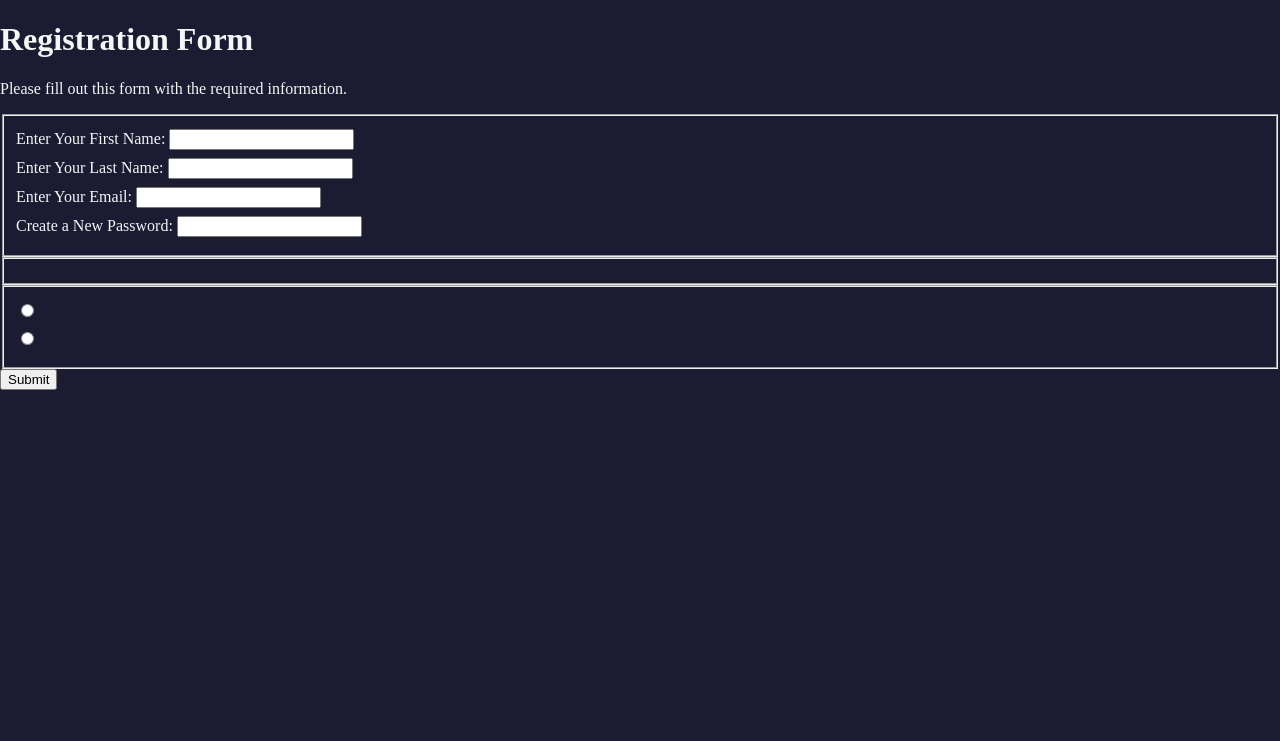
Repository: Lungdjos/registration_form
Page: index.html
These files come from the project's save history. The page is drawn as it stood at one moment and after the next save; the edit follows.
The browser window is 1280 px wide. The pictures show the whole page.

Above is the page before, as saved 2023-09-28 15:09:52.

After the next save:
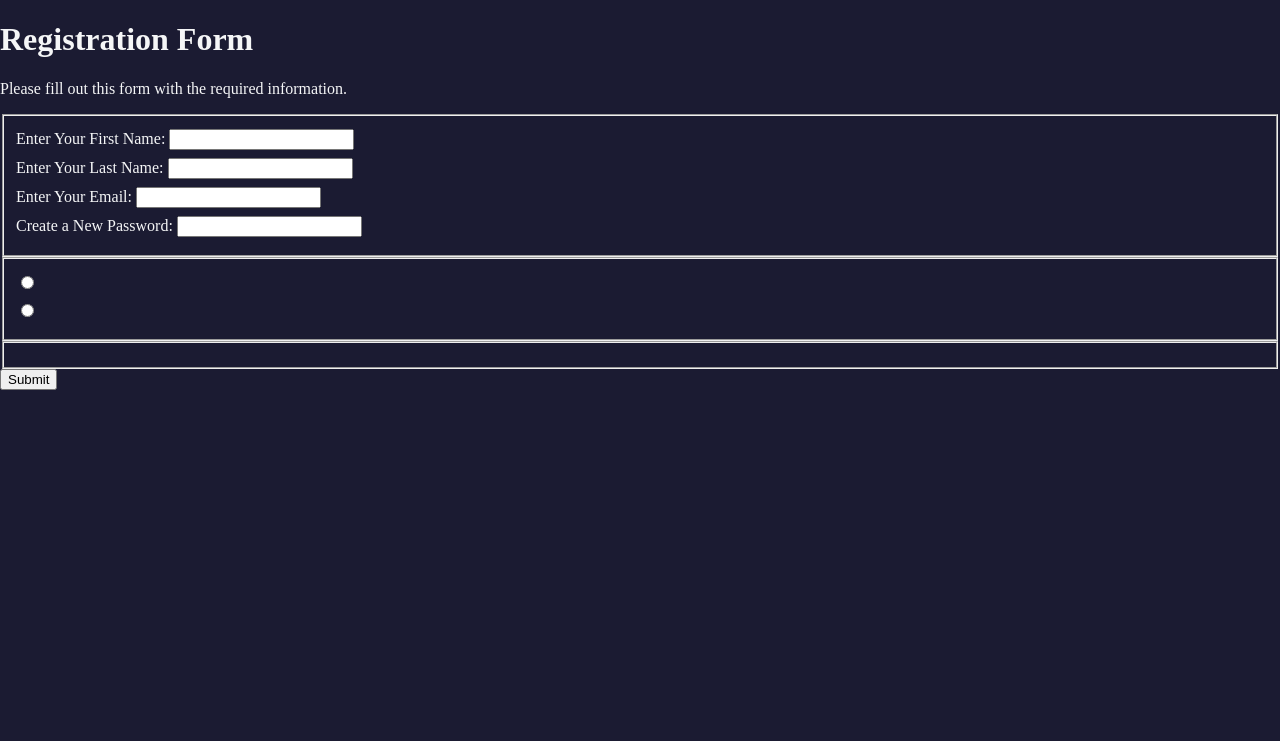
Saved 30 s later.
--- a/index.html
+++ b/index.html
@@ -18,14 +18,14 @@
             <label for="email">Enter Your Email: <input type="email" id="email" required> </label>
             <label for="new-password">Create a New Password: <input type="password" id="new-password" pattern="[A-Za-z0-9]{8,}" minlength="8" required> </label>
         </fieldset>
-        <fieldset>
+        <fieldset><label for=""> <input type="radio" name="" id=""> </label>
+            <label for=""> <input type="radio" name="" id=""> </label>
             <label for=""></label>
             <label for=""></label>
             <label for=""></label>
         </fieldset>
         <fieldset>
-            <label for=""> <input type="radio" name="" id=""> </label>
-            <label for=""> <input type="radio" name="" id=""> </label>
+
             <label for=""></label>
         </fieldset>
         <input type="submit" value="Submit" name="" id="">
